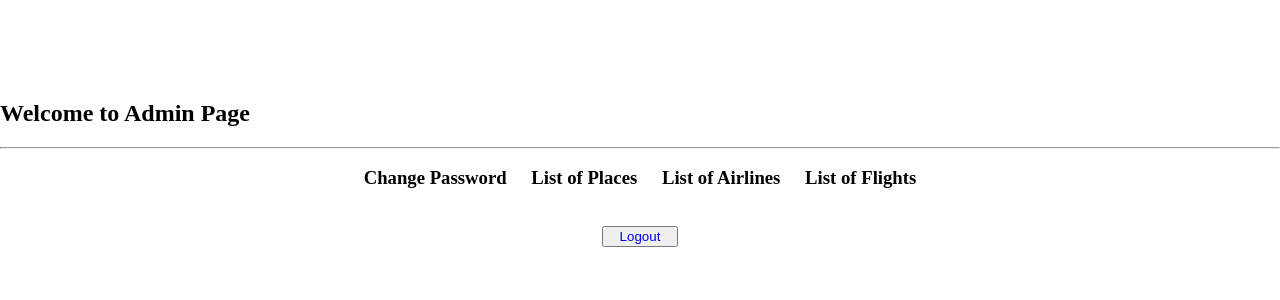
Repository: KartikMuchakandimath/Flyaway
Page: http://localhost/FlayAway/AdminHome.jsp
An editor plug-in stored every save of this project. The page is shown before and after the next save, followed by the edit.
The browser window is 1280 px wide. The pictures show the whole page.
The page is served by Tomcat 9. Other server files are loaded and not shown.

Above is the page before, as saved 2022-04-22 20:29:01.

### FlayAway/src/main/webapp/AdminHome.jsp
<%@ page language="java" contentType="text/html; charset=ISO-8859-1"
    pageEncoding="ISO-8859-1"%>
<!DOCTYPE html>
<html>
<head>
<meta charset="ISO-8859-1">
<title>Admin Page</title>
<style>
body{
margin:0;
}
.head{
background-color : #000FF;
color : #fff;
height : 50px;
}
h2{
padding-top : 10px;
font-family : "Times New Roman", Times, serif;
}
a{
margin : 5px 5px;
padding : 5px;
text-decoration : none;
}
</style>
</head>
<body>
<center>
	<div class="head"><h2>FlyAway</h2>
	</div>
</center>
<div><h2>
   <%  String email=(String)session.getAttribute("email");

   	 out.println("Welcome to Admin Page");
   %>
</h2></div>
<hr>
<center>
<div class="topnav">
  <h3><a href="changePassword.jsp"style="text-decoration: none;color:black";>Change Password</a>
  <a href="Places.jsp"style="text-decoration: none;color:black";>List of Places</a>
  <a href="AirlineList.jsp"style="text-decoration: none;color:black";>List of Airlines</a>
  <a href="FlightsList.jsp"style="text-decoration: none;color:black";>List of Flights</a></h3>
</div>
<br>

 <button ><a href="HomePage.html"  style="text-decoration:none">Logout</a></button>
</center>
</body>
</html>

After the next save:
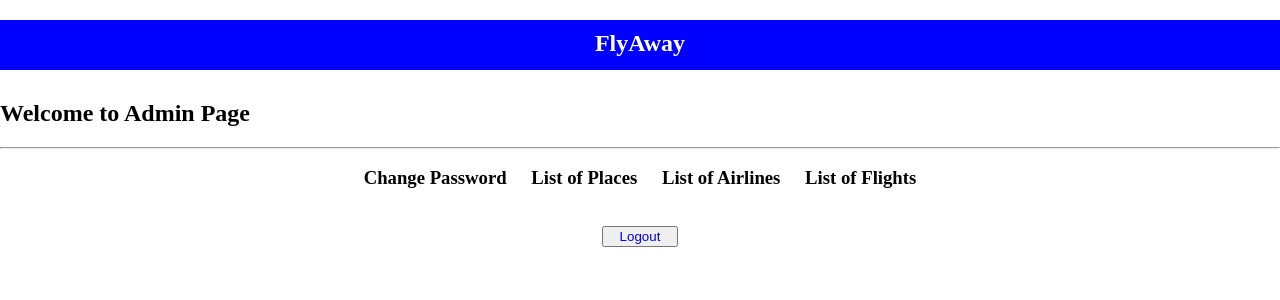
Saved 12 s later.
--- a/FlayAway/src/main/webapp/AdminHome.jsp
+++ b/FlayAway/src/main/webapp/AdminHome.jsp
@@ -10,7 +10,7 @@ body{
 margin:0;
 }
 .head{
-background-color : #000FF;
+background-color : #0000FF;
 color : #fff;
 height : 50px;
 }
